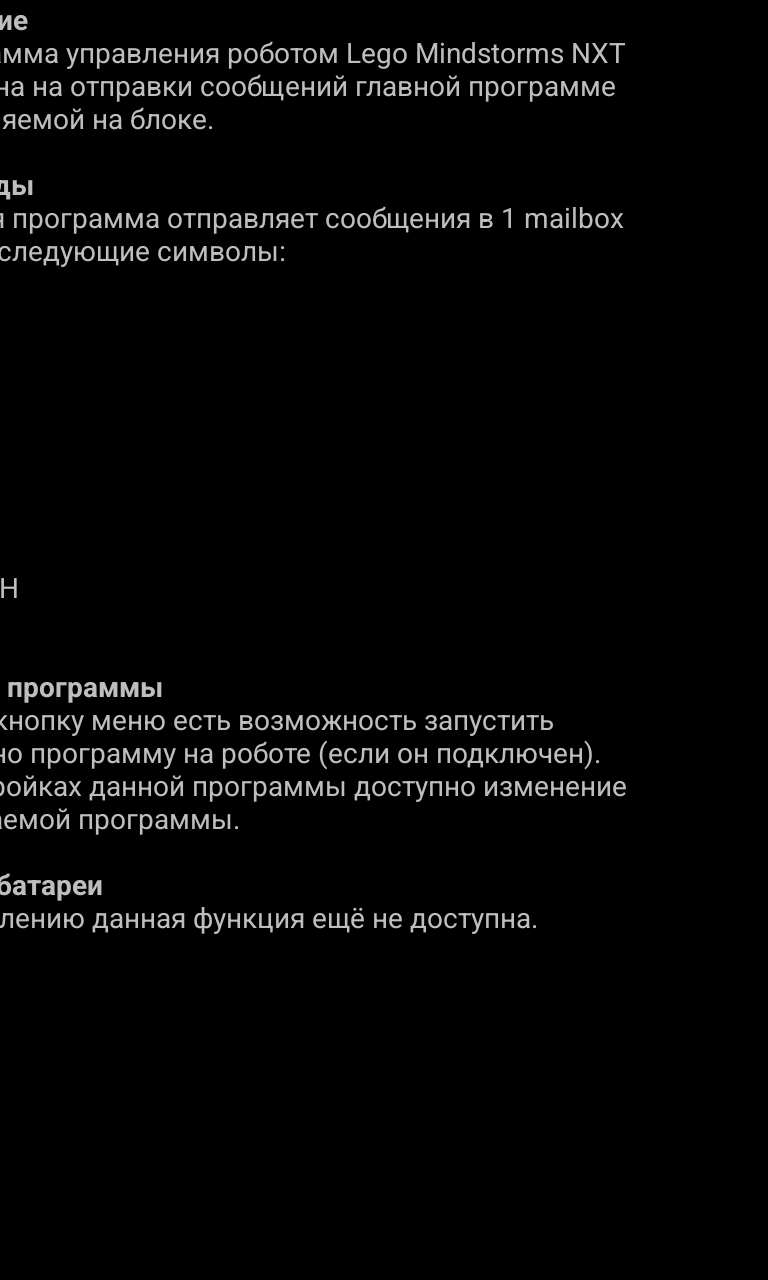
Repository: ssbayanov/panhandlerNXT
Layout: poproshaika/res/layout/help.xml
These files come from the project's save history. The layout is drawn as it stood at one moment and after the next save; the edit follows.
It is drawn on a 768 x 1280 px phone screen (xhdpi) without system bars, with theme android:Theme; the app's code is not run.

Above is the layout before, as saved 2012-11-06 07:14:52.

### poproshaika/res/layout/help.xml
<?xml version="1.0" encoding="utf-8"?>
<LinearLayout xmlns:android="http://schemas.android.com/apk/res/android"
    android:layout_width="fill_parent"
    android:layout_height="fill_parent"
    android:orientation="vertical"
    android:scrollX="50dp">

    <TextView
        android:id="@+id/help_content"
    	android:layout_width="fill_parent"
    	android:layout_height="fill_parent"
    	android:text="@string/help_content"
        android:gravity="top"
        >

        <requestFocus />
    </TextView>

</LinearLayout>

### poproshaika/res/values/strings.xml
<?xml version="1.0" encoding="utf-8"?>
<resources xmlns:xliff="urn:oasis:names:tc:xliff:document:1.2">

    <string name="app_name">Управление NXT</string>

    <!--  BluetoothChat -->
    <string name="send">Send</string>
    <string name="not_connected">Устройство не подключено</string>
    <string name="bt_not_enabled">Bluetooth выключен.\n Включите его для работы</string>
    <string name="bt_enabled">Bluetooth включен</string>
    <string name="bt_not_supported">Bluetooth не поддерживается</string>
    <string name="title_connecting">Соединение&#8230;</string>
    <string name="title_connected_to">Соединение с <xliff:g id="device_name">%1$s</xliff:g></string>
    <string name="title_not_connected">Не удалось подключиться</string>
    <string name="title_connection_close">Соединение разорвоно</string>


    <!--  DeviceListActivity -->
    <string name="scanning">Сканируем устройства&#8230;</string>
    <string name="select_device">Выберите устройство для соединения</string>
    <string name="none_paired">Нет соединённых устройств</string>
    <string name="none_found">Устройства не найдены</string>
    <string name="button_scan">Найти устройства</string>
    <string name="connected_devices">Подключенные устройства</string>
    <string name="descovered_devices">Найденные устройства</string>

    <!-- Options Menu -->
    <string name="secure_connect">Подключить устройсто</string>
    <string name="run_programm">Запустить программу</string>
    <string name="disconnect">Отключить устройсто</string>
    <string name="discoverable">Сделать видимым</string>
    <string name="help">Помощь</string>

    <!-- Main Layout -->
    <string name="main_title">Программа управления NXT v1.1</string>
    <string name="robot_name">Имя робота</string>
    <string name="foward_left">↖</string>
    <string name="foward">↑</string>
    <string name="foward_right">↗</string>
    <string name="left">←</string>
    <string name="button_scan_off">Выкл</string>
    <string name="button_scan_on">Вкл</string>
    <string name="right">→</string>
    <string name="backward_left">↙</string>
    <string name="backward">↓</string>
    <string name="backward_right">↘</string>

    <!-- Preferances -->
    <string name="preferences">Настройки</string>
    <string name="summary_preferences">Общие</string>
    <string name="title_preference_show_battery">Отобразить заряд баттареи</string>
    <string name="summary_on_preference_show_battery">Отображается</string>
    <string name="summary_off_preference_show_battery">Не отображается</string>
    <string name="robot_preferences">Робот</string>
    <string name="title_preference_name_program">Имя программы</string>
    <string name="title_preference_summary_name_program">Введите имя программы которую требуется запустить на роботе</string>
    <string name="preference_edit_this_text">Имя программы</string>

    <!--  Help  -->
    <string name="help_content">
<b>Описание</b>\n
Программа управления роботом Lego Mindstorms NXT основана на отправки сообщений главной программе выполняемой на блоке.\n\n
<b>Команды</b>\n
Данная программа отправляет сообщения в 1 mailbox робота следующие символы:\n
 ↖ - Q\n
↑ - W\n
 ↗ - E\n
← - A\n
→ - D\n
↙ - Z\n
↓ - S\n
↘ - C\n
Выкл - H\n
Вкл - B\n\n
<b>Запуск программы</b>\n
Через кнопку меню есть возможность запустить удалённо программу на роботе (если он подключен).\n
В настройках данной программы доступно изменение запускаемой программы.\n\n
<b>Заряд батареи</b>\n
К сожалению данная функция ещё не доступна.
</string>
</resources>

After the next save:
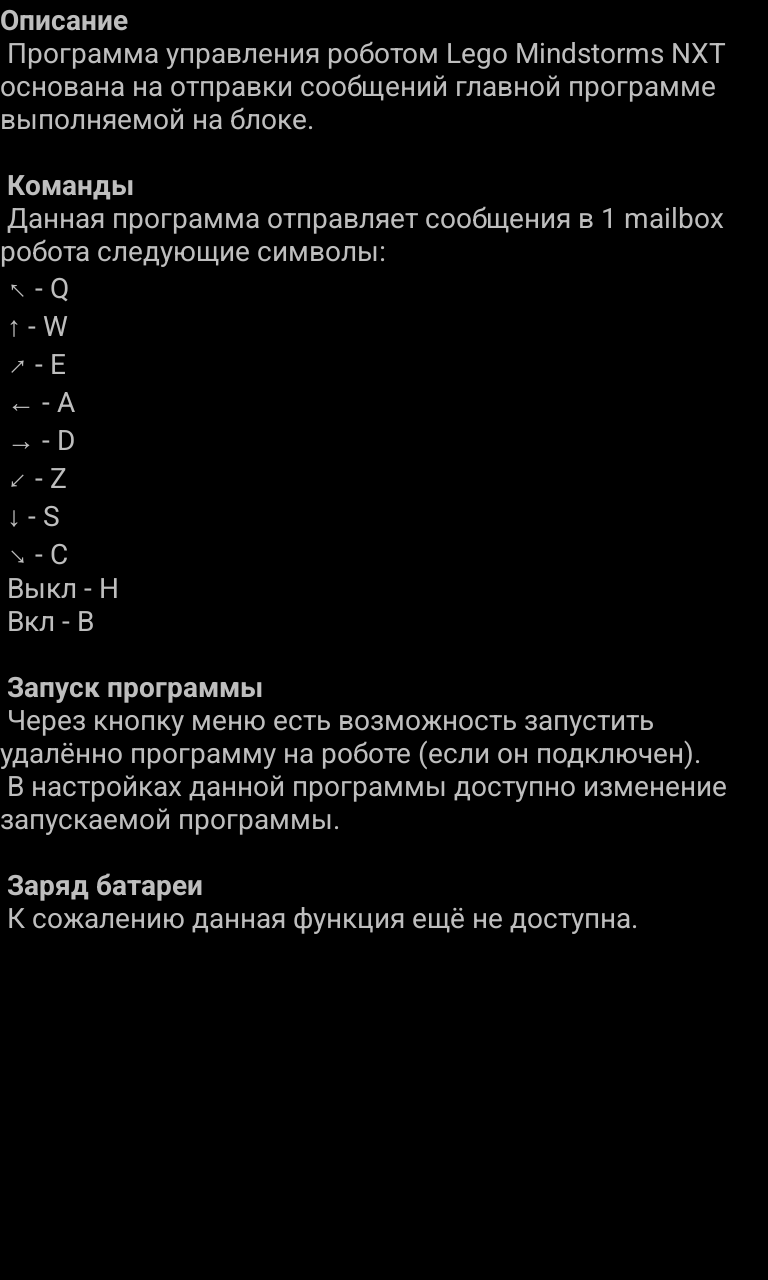
Saved 47 s later.
--- a/poproshaika/res/layout/help.xml
+++ b/poproshaika/res/layout/help.xml
@@ -3,7 +3,7 @@
     android:layout_width="fill_parent"
     android:layout_height="fill_parent"
     android:orientation="vertical"
-    android:scrollX="50dp">
+    android:scrollbars="true">
 
     <TextView
         android:id="@+id/help_content"
